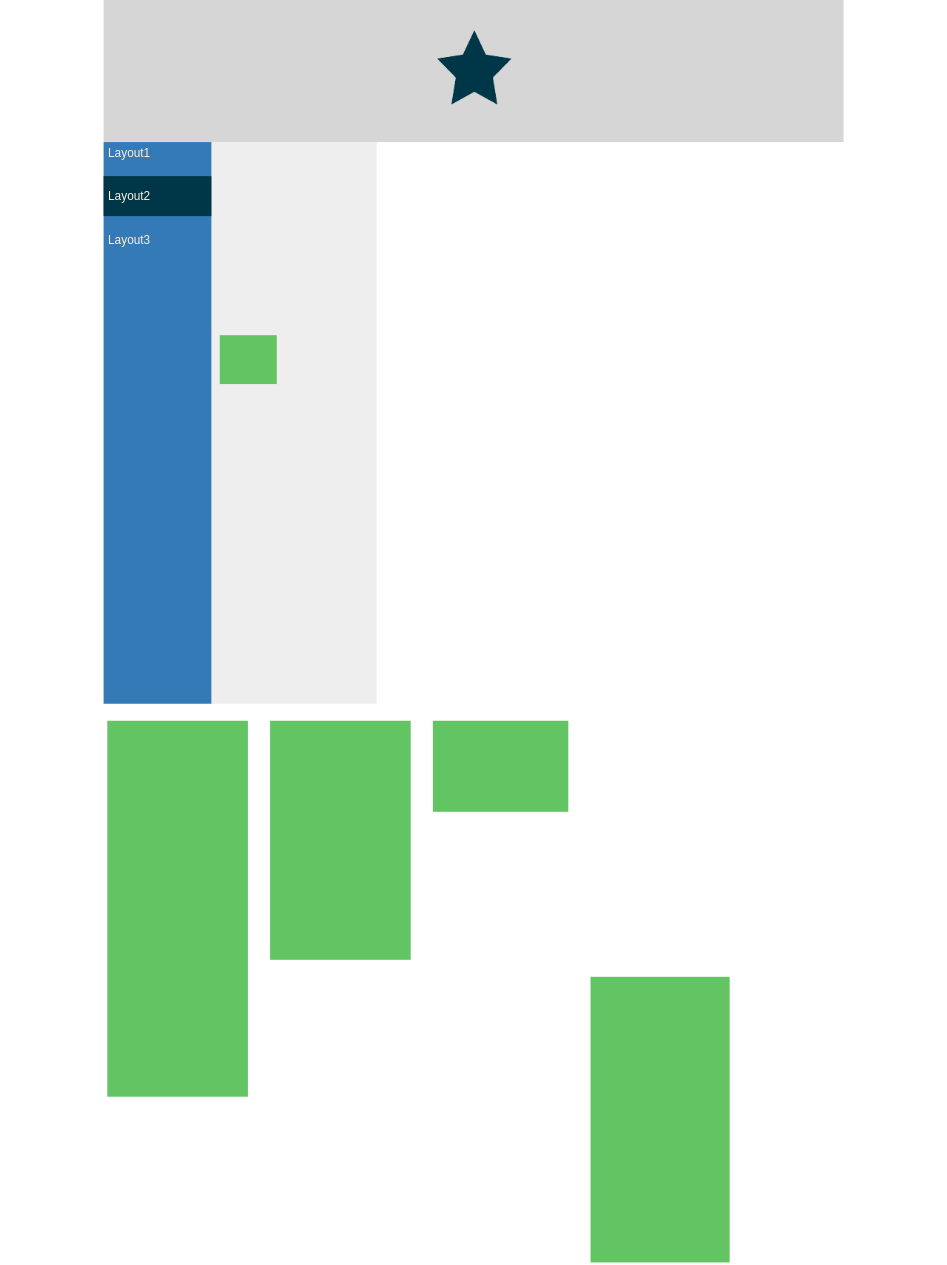
Repository: baliayassin/MyGame
Page: Documents/Aptana Studio 3 Workspace/homeWork2/layOut2.html
An editor plug-in stored every save of this project. The page is shown before and after the next save, followed by the edit.
The browser window is 1280 px wide. The pictures show the whole page, at 74% of full size.

Above is the page before, as saved 2017-11-29 13:11:00.

### Documents/Aptana Studio 3 Workspace/homeWork2/layOut2.html
<!DOCTYPE html>
<html>

	<html>
	<head>

		<title> HomeWork2</title>
		<link rel="stylesheet" href="includes/style.css" />
		<meta charset="utf-8" />
	</head>


	<body id="wrapper2">
<main>
		<header>
	       <a href="layOut2.html"> </a>
        </header>
    <nav>
    		<ul>
					<li> <a href="index.html">Layout1 </a> </li>
					<li> <span><a href="layOut2.html">Layout2 </a> </span></li>
					<li><a href="#">Layout3 </a> </li>

				</ul>

    </nav>

    <aside>
    	<article></article>
    	</aside>

    	<section><article></article>

    		<article> </article>
    		<article></article>
    		<article></article>

    		 </section>

		</main>


		<footer>


			</footer>



	</body>


</html>

### Documents/Aptana Studio 3 Workspace/homeWork2/includes/style.css
*{
	margin:0px;
	padding: 0px;
}

main, nav, aside, footer, section, article, header {
	display:  block;

	/*border: 1px solid black;*/
}

#wrapper {
	margin: 0px auto;
	width: 1000px;
}
#wrapper header{

	height:192px;
	background: #d6d6d6;

}

#wrapper header a{

	width:102px;
	height:102px;
	background-image:url("../images/star.png");
	position:relative;
	display:block;
	margin:0px auto;
	top: 40px;
    background-repeat: no-repeat;


}


#wrapper nav {

	height: 62px;
	background: #337AB7;

}

#wrapper nav ul{

	list-style-type: none;
	text-decoration: none;
	margin-left: 45px;

}

#wrapper nav ul li{

	float:left;

}

#wrapper nav a{

	display: inline-block;
	text-decoration: none;
	color: #ffeedd;
	font-family: Arial;



}

#wrapper nav span a{

	background:#003748;
	margin:10px auto;
	padding:12px 90px;


}
#wrapper nav li > a{

	margin:20px 85px;

}
#wrapper section{
	direction:rtl;
	display: inline-block;
	margin-top: 100px;
	vertical-align: top;


}
#wrapper section article{

	display:block;
	background: #62C462;
	margin-right: 25px;
	margin-left: 32px;
	margin-top: 30px;
}

#wrapper section article:first-child{

	height:121px;
	width:699px;


}
#wrapper section article:nth-child(2){

	height: 200px;
	width: 699px;


}
#wrapper section article:nth-child(3){

	height: 125px;
	width: 186px;


}

#wrapper aside{

	background: #EEEEEE;
	height: 697px;
	width: 240px;
	display: inline-block;

}

#wrapper aside article{

	background: #62C462;
	width:185px;
	height:126px;
	position: relative;
	margin-top: 264px;
	margin-left: 45px;


}

#wrapper footer{

	height:52px;
	background: #D6D6D6;
	margin-top:-4px;

}










#wrapper2 {
	margin: 0px auto;
	width: 1000px;
}
#wrapper2 header{

	height:192px;
	background: #d6d6d6;

}

#wrapper2 header a{

	width:102px;
	height:102px;
	background-image:url("../images/star.png");
	position:relative;
	display:block;
	margin:0px auto;
    top: 40px;
    background-repeat: no-repeat;


}


#wrapper2 nav {

	width:146px;
	height: 759px;
	background: #337AB7;
    float:left;
    display: inline-block;
}




#wrapper2 nav ul {
	list-style-type: none;
}

#wrapper2 nav a{
	display: inline-block;
	text-decoration: none;
	color: #ffeedd;
	font-family: "Arial";
}

#wrapper2 nav li > a{
	margin-top: 6px;
	margin-bottom: 22px;
	margin-left: 6px;
}

#wrapper2 nav span a{
	background-color: #003748;
	padding-top: 18px;
	margin-bottom: 18px;
	padding-bottom: 18px;
	padding-left: 6px;
	width: 140px;
}


#wrapper2 aside{

	float:left;
	background-color: #eeeeee;
	width: 223px;
	height: 759px;
}

#wrapper2 aside article{

	background: #62C462;
	width:77px;
	height:66px;
	position: relative;
	margin-top: 261px;
	margin-left: 11px;


}


#wrapper2 section{

	display: inline-block;
	margin-top: 23px;



}

#wrapper2 section article:first-child{

	background:#62C462;
	margin-left:5px;
	height:508px;
	width:190px;
	float: left;


}

#wrapper2 section article:nth-child(2){

	background:#62C462;
	margin-left:30px;
	height:323px;
	width:190px;
	float:left;

}

#wrapper2 section article:nth-child(3){

	background:#62C462;
	margin-left:30px;
	height:123px;
	width:183px;
	float:left;

}

#wrapper2 section article:nth-child(4){

	background:#62C462;
	margin-left:30px;
	height:386px;
	width:188px;
	float:left;
    margin-top: 346px;

}

After the next save:
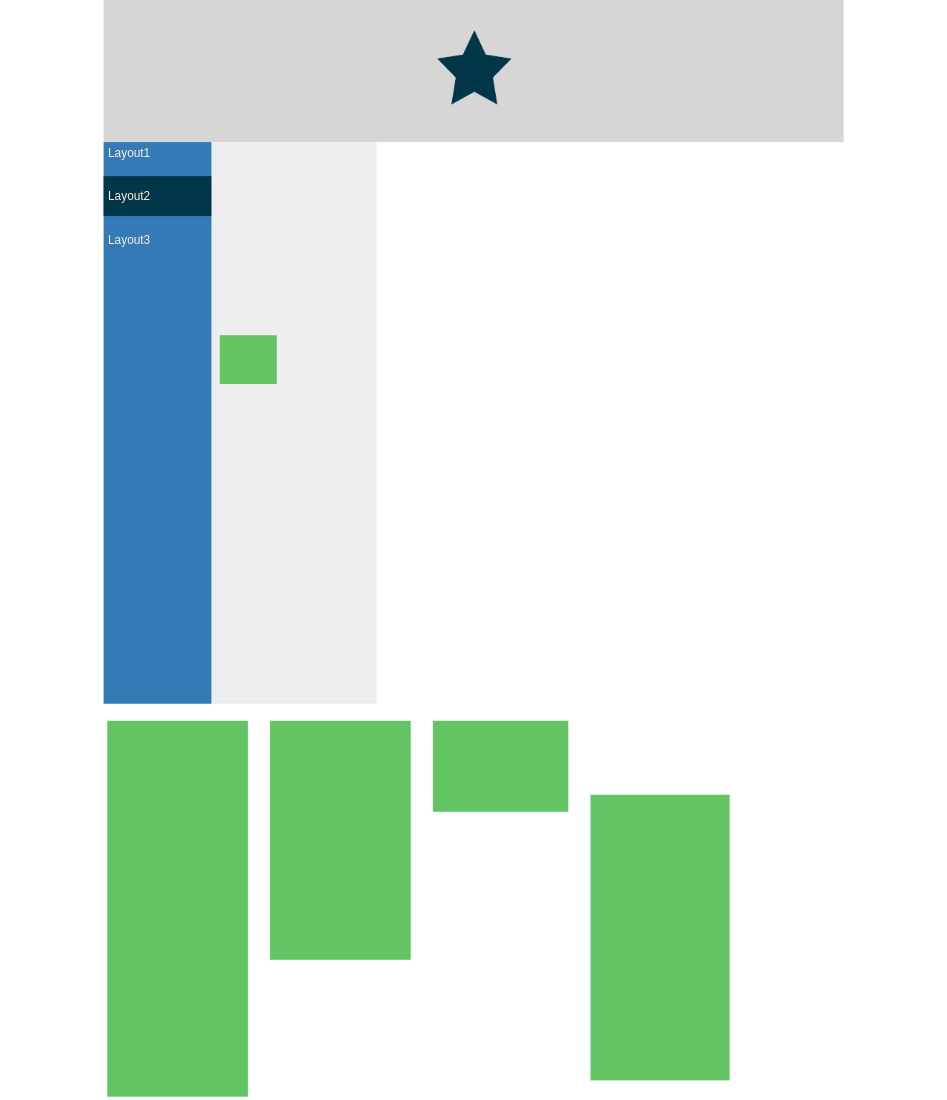
Saved 23 s later.
--- a/Documents/Aptana Studio 3 Workspace/homeWork2/includes/style.css
+++ b/Documents/Aptana Studio 3 Workspace/homeWork2/includes/style.css
@@ -290,6 +290,6 @@ main, nav, aside, footer, section, article, header {
 	height:386px;
 	width:188px;
 	float:left;
-    margin-top: 346px;
-
-}
+    margin-top: 100px;
+
+}
